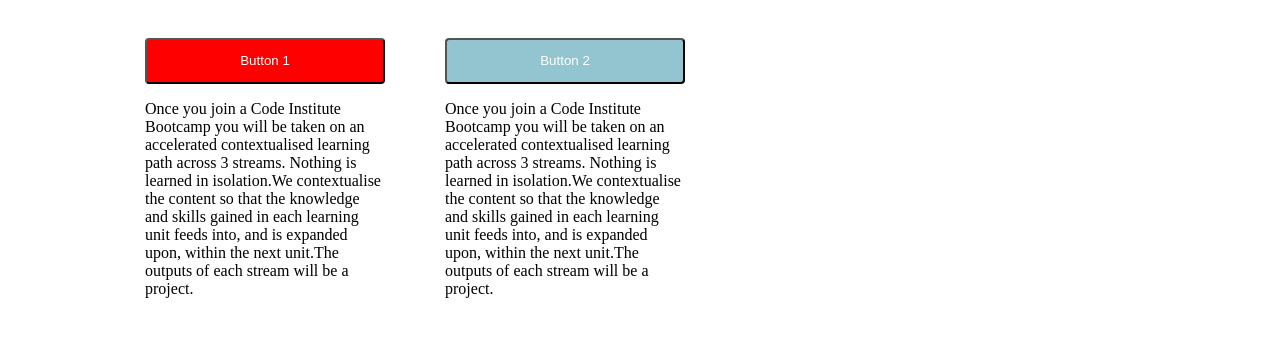
Repository: DCoppinger/chaining
Page: button.html
The author's editor kept a record of every edit. The page is drawn from the files as they stood at one moment, then again after the next edit.
The browser window is 1280 px wide. The pictures show the whole page.
Some web libraries are served in a nearby version.

Above is the page before.

### button.html
<!doctype html>
<html lang="en">

<head>
	<meta charset="utf-8">
	<meta name="viewport" content="width=device-width, initial-scale=1">
	<title>jQuery</title>
	<link href="css/style.css" rel="stylesheet">
</head>

<body>
	<div id="container">
		<div class='card'>
			<button id='button1' class="bottom_button">Button 1</button>
			<p id='para1' class="card_para">Once you join a Code Institute Bootcamp you will be taken on an accelerated contextualised learning path across 3 streams. Nothing is learned in isolation.We contextualise the content so that the knowledge and skills gained in each learning unit feeds
				into, and is expanded upon, within the next unit.The outputs of each stream will be a project. </p>
		</div>

		<div class='card'>
			<button id='button2' class="bottom_button">Button 2</button>
			<p id='para2' class="card_para">Once you join a Code Institute Bootcamp you will be taken on an accelerated contextualised learning path across 3 streams. Nothing is learned in isolation.We contextualise the content so that the knowledge and skills gained in each learning unit feeds
				into, and is expanded upon, within the next unit.The outputs of each stream will be a project. </p>
		</div>
	</div>
	<script src="https://code.jquery.com/jquery-3.2.1.js" integrity="sha256-DZAnKJ/6XZ9si04Hgrsxu/8s717jcIzLy3oi35EouyE=" crossorigin="anonymous"></script>
	<script src="js/script.js"></script>
	<!-- Scripts located at the bottom of the body to insure page is fully loaded before execution -->

</body>

</html>

### css/style.css

#container
{
	display: flex;		/* makes container a flexbox*/
	flex-flow: row wrap; 	/* layout the boxes in rows and wrap them*/
	box-sizing:border-box;
	margin-right:auto;
	margin-left:auto;
	max-width:1050px;
}
.bottom_button{
	display: flex;
	box-sizing:border-box;
	border-radius: 4px;
	display: block;
	width: 100%;
	background-color:rgba(129, 187, 201,.85);
	text-align: center;
	padding: 1em .75em;
	text-decoration: none;
	color: #fff;

}

.card_bottom{
	display: flex;
	flex-flow:column;
}

.card{
	flex:1; /* */
	display: flex;	/* make the contents controllable by flexbox*/
	flex-flow:column;	/* */
	max-width: 240px; /**/
	margin: 10px;
	padding: 20px;
	background-color: #fff;
}


.makeRed{
		background-color: red;
}

.makeBorder{
	border: solid 5px #000;
}

/*************************
Navigation

**************************/


.underline{
  text-decoration:underline;
}
.border{
  border: solid 5px #ccc;
}

### js/script.js
$(document).ready(function() {
   //
   // add your jQuery code here
   $("#button1").addClass('makeRed');

   $("#button1").mouseenter(function() {
     $("#button1").addClass('makeBorder').removeClass('makeRed');
    });
    $("#button1").mouseleave(function() {
      $("#button1").addClass('makeRed').removeClass('makeBorder');
     });

   $("#button1").mouseenter(function() {
     $("#para1").addClass('makeBorder').removeClass('makeRed');
    });
    $("#button1").mouseleave(function() {
      $("#para1").addClass('makeRed').removeClass('makeBorder');
     });


    });

After the next edit:
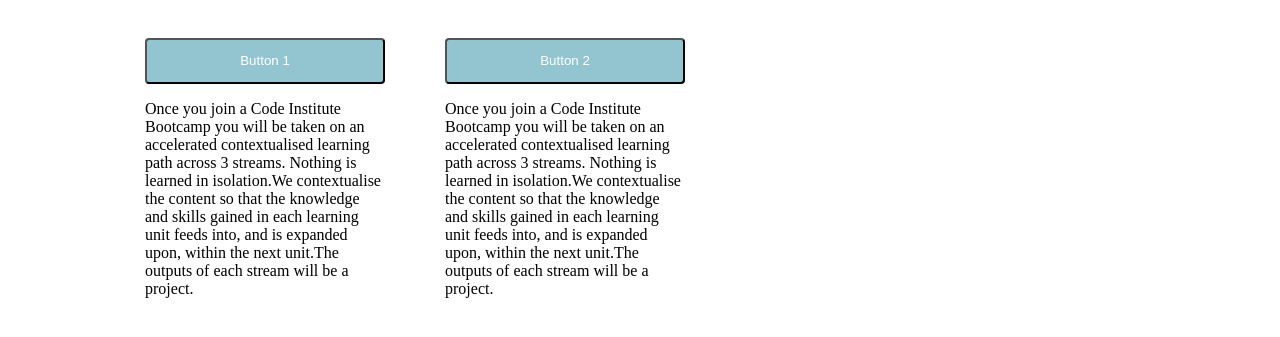
Console error: SyntaxError: Unexpected token '.'
The edit:
--- a/js/script.js
+++ b/js/script.js
@@ -10,8 +10,8 @@
       $("#button1").addClass('makeRed').removeClass('makeBorder');
      });
 
-   $("#button1").mouseenter(function() {
-     $("#para1").addClass('makeBorder').removeClass('makeRed');
+   $("#button1").click(function() {
+     $("#para1")..slideToggle(2000);
     });
     $("#button1").mouseleave(function() {
       $("#para1").addClass('makeRed').removeClass('makeBorder');

After the edit that followed:
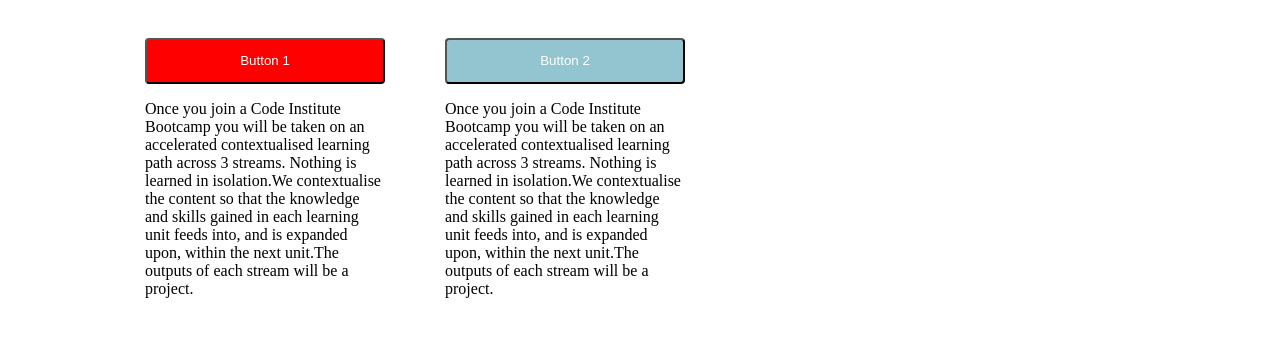
The error is gone.
The edit:
--- a/js/script.js
+++ b/js/script.js
@@ -1,21 +1,20 @@
 $(document).ready(function() {
-   //
-   // add your jQuery code here
-   $("#button1").addClass('makeRed');
+ //
+ // add your jQuery code here
+ $("#button1").addClass('makeRed');
 
-   $("#button1").mouseenter(function() {
-     $("#button1").addClass('makeBorder').removeClass('makeRed');
-    });
-    $("#button1").mouseleave(function() {
-      $("#button1").addClass('makeRed').removeClass('makeBorder');
-     });
+ $("#button1").mouseenter(function() {
+  $("#button1").addClass('makeBorder').removeClass('makeRed');
+ });
+ $("#button1").mouseleave(function() {
+  $("#button1").addClass('makeRed').removeClass('makeBorder');
+ });
 
-   $("#button1").click(function() {
-     $("#para1")..slideToggle(2000);
-    });
-    $("#button1").mouseleave(function() {
-      $("#para1").addClass('makeRed').removeClass('makeBorder');
-     });
+ $("#button1").click(function() {
+  $("#para1").slideToggle(2000);
+ });
 
-
-    });
+  $("#button2").click(function() {
+  $("#para2").hide(1000).show(1000);
+ });
+});
